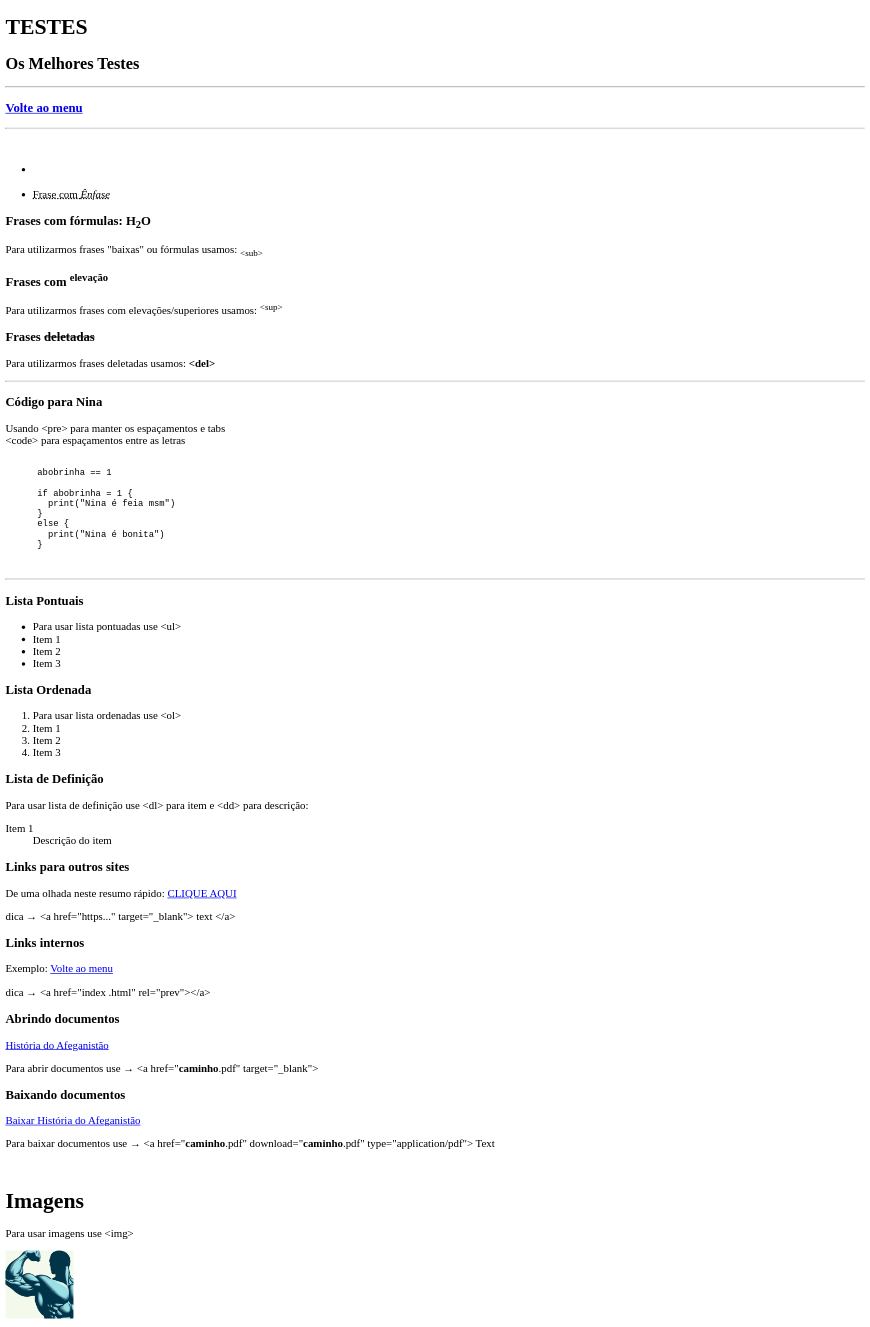
Repository: LuidyOn/Site_Forca_Total
Page: ForçaTotal/teste.html
An editor plug-in stored every save of this project. The page is shown before and after the next save, followed by the edit.
The browser window is 1280 px wide. The pictures show the whole page, at 68% of full size.

Above is the page before, as saved 2025-05-15 20:04:12.

### ForçaTotal/teste.html
<!DOCTYPE html>
<html lang="pt-br">
<head>
  <meta charset="UTF-8">
  <meta name="viewport" content="width=device-width, initial-scale=1.0">
  <link rel="shortcut icon" href="img/icons/logo.ico" type="image/x-icon">
  <title>Testes Força total</title>
</head>
<body>
  <h1>TESTES</h1>
  <h2>Os Melhores Testes</h2>

  <hr>
  <h3><a href="index.html" rel="prev"> Volte ao menu</a></h3>
  <hr>

  <p><br></p>

  <ul><li></li></ul>

  <ul><li><h3></h3> <abbr title="Para deixar uma frase com ênfase, usamos: ">Frase com <em>Ênfase</em></h3> </abbr>
  </li></ul>

  <h3>Frases com fórmulas: H<sub>2</sub>O</h3>
  <p>Para utilizarmos frases "baixas" ou fórmulas usamos: <sub>&lt;sub&gt;</sub></p>

  <h3>Frases com <sup>elevação</sup></h3>
  <p>Para utilizarmos frases com elevações/superiores usamos: <sup>&lt;sup&gt;</sup></p>

  <h3>Frases <del>deletadas</del></h3>
  <p>Para utilizarmos frases deletadas usamos: <strong>&lt;del&gt;</strong></p>

  <hr>

  <h3>Código para Nina</h3>
  <p>Usando &lt;pre&gt; para manter os espaçamentos e tabs <br> &lt;code&gt; para espaçamentos entre as letras</p>

  <p></p>

  <pre>
    <code>
      abobrinha == 1

      if abobrinha = 1 {
        print("Nina é feia msm")
      }
      else {
        print("Nina é bonita")
      }
    </code>
  </pre>

  <hr>

  <h3>Lista Pontuais</h3>
  <ul>
    <li>Para usar lista pontuadas use &lt;ul&gt;</li>
    <li>Item 1</li>
    <li>Item 2</li>
    <li>Item 3</li>
  </ul>

  <h3>Lista Ordenada</h3>
  <ol>
    <li>Para usar lista ordenadas use &lt;ol&gt;</li>
    <li>Item 1</li>
    <li>Item 2</li>
    <li>Item 3</li>
  </ol>

  <h3>Lista de Definição</h3>
  <dl>
    <dt>Para usar lista de definição use &lt;dl&gt; para item e &lt;dd&gt para descrição:</dt>

    <p></p>
    <dt>
      Item 1
      <dd>Descrição do item</dd>
    </dl>

    <h3>Links para outros sites</h3>
    <p>De uma olhada neste resumo rápido: <a href="https://www.youtube.com/watch?v=dQw4w9WgXcQ" target="_blank" rel="External"> CLIQUE AQUI </a></p>
    <p>dica &rarr; &lt;a href="https..." target="_blank"&gt; text &lt;/a&gt;</p>

    <h3>Links internos</h3>

    <p>Exemplo: <a href="index.html" rel="prev"> Volte ao menu</a></p>
    <p>dica &rarr; &lt;a href="index .html" rel="prev"&gt;&lt;/a&gt;</p>

    <h3>Abrindo documentos</h3>
    <p><a href="Documentos/PDFs/GUERRA DO AFEGANISTÃO.pdf" target="_blank"> História do Afeganistão</a></p>

    <p>Para abrir documentos use &rarr; &lt;a href="<strong>caminho</strong>.pdf" target="_blank"&gt;</p>

    <h3>Baixando documentos</h3>
    <p><a href="Documentos/PDFs/GUERRA DO AFEGANISTÃO.pdf" target="_blank" download="Documentos/PDFs/GUERRA DO AFEGANISTÃO.pdf" type="application/pdf"> Baixar História do Afeganistão</a></p>

    <p>Para baixar documentos use &rarr; &lt;a href="<strong>caminho</strong>.pdf" download="<strong>caminho</strong>.pdf" type="application/pdf"&gt; Text</p>

  <p><br></p>

  <h1>Imagens</h1>
  <p>Para usar imagens use &lt;img&gt;</p>
  <img src="img/parteSerior.png" alt="parte superior" style="width: 100px; height: 100px;">
</body>
</html>

After the next save:
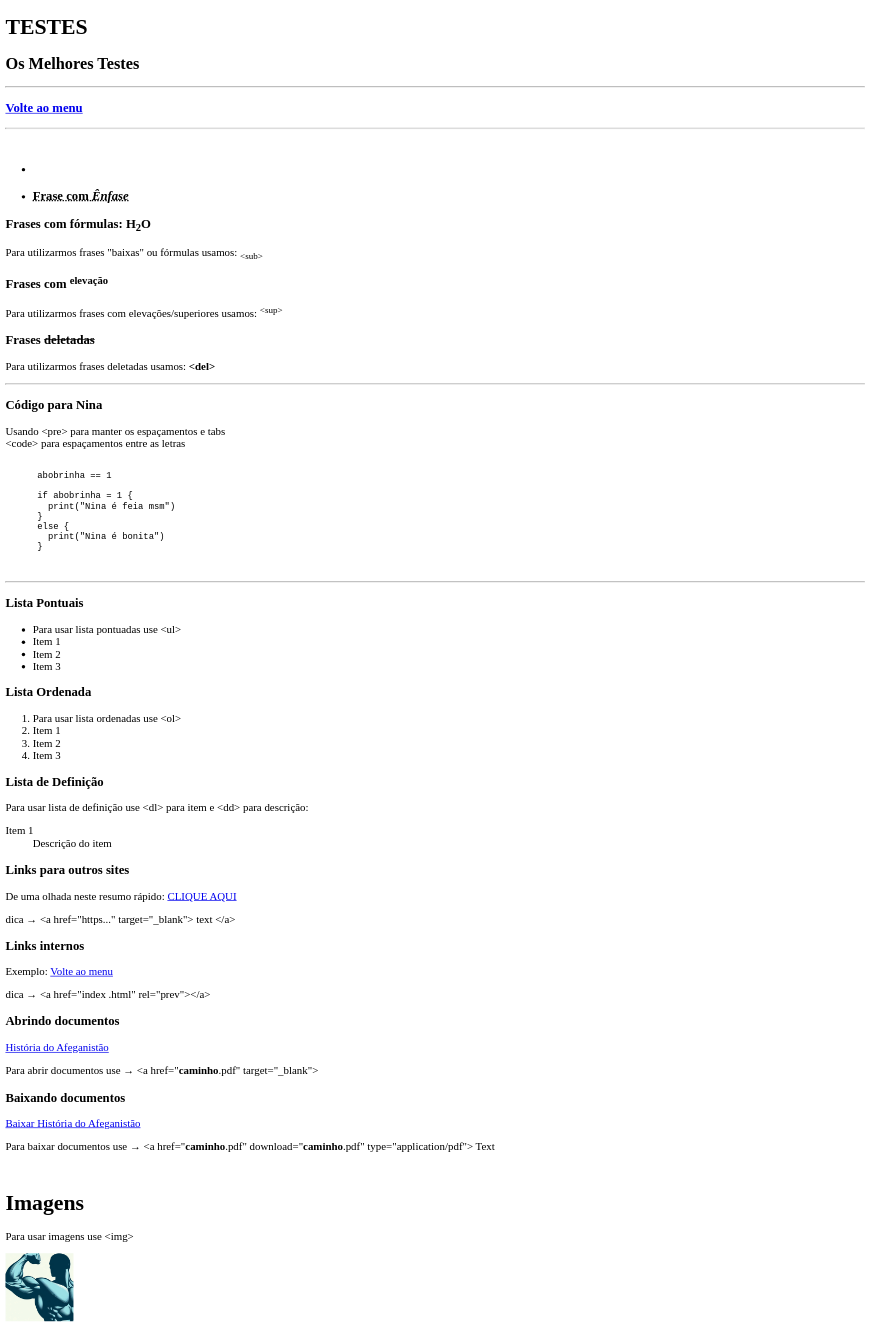
Saved 4 s later.
--- a/ForçaTotal/teste.html
+++ b/ForçaTotal/teste.html
@@ -18,7 +18,7 @@
 
   <ul><li></li></ul>
 
-  <ul><li><h3></h3> <abbr title="Para deixar uma frase com ênfase, usamos: ">Frase com <em>Ênfase</em></h3> </abbr>
+  <ul><li><h3> <abbr title="Para deixar uma frase com ênfase, usamos: ">Frase com <em>Ênfase</em></h3> </abbr>
   </li></ul>
 
   <h3>Frases com fórmulas: H<sub>2</sub>O</h3>
